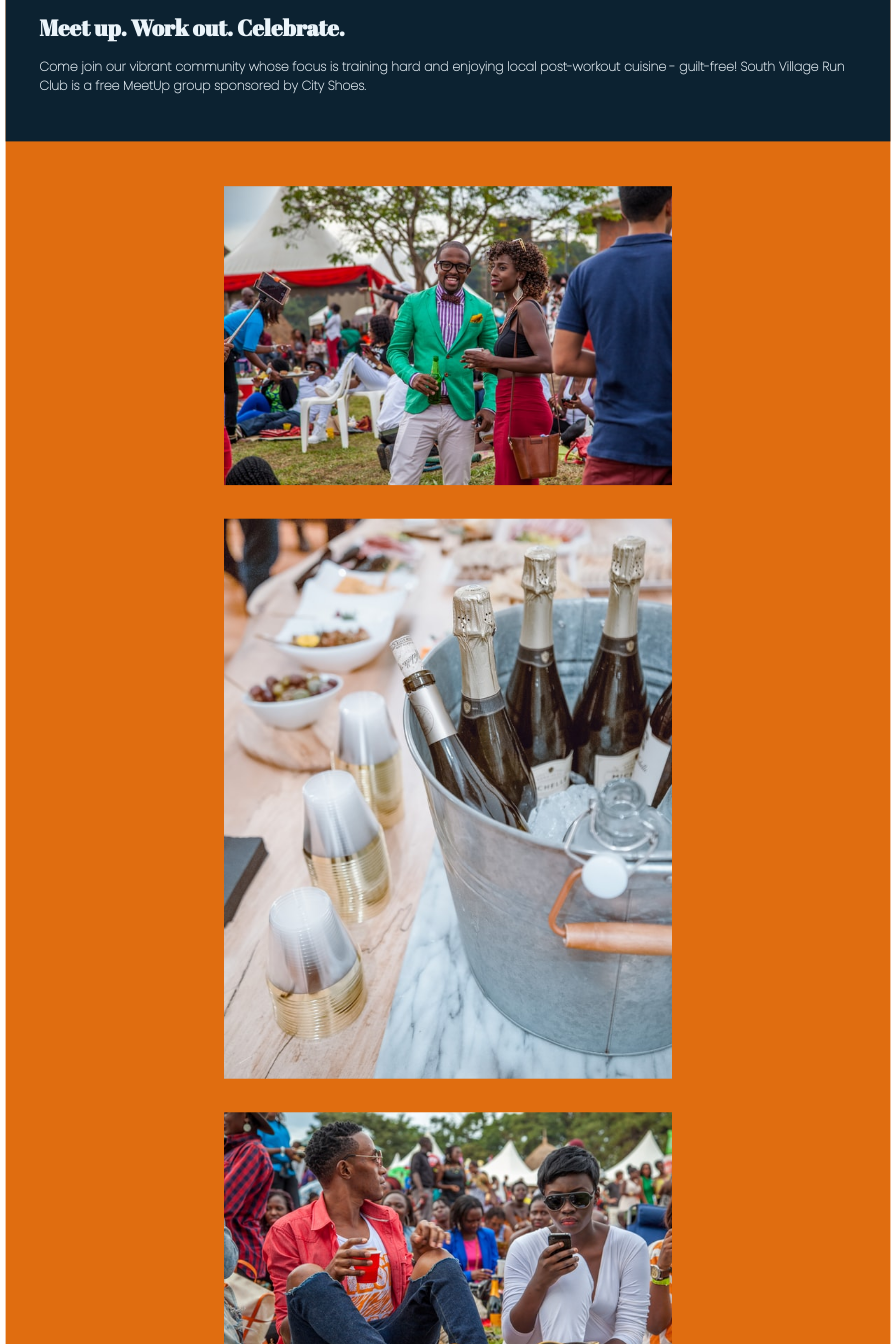
Repository: lastbronx41/lastbronx41.github.io
Page: starting/index.html
An editor plug-in stored every save of this project. The page is shown before and after the next save, followed by the edit.
The browser window is 1280 px wide. The pictures show the part of the page from y = 1060 to 2980 px (the page is 3100 px tall before and 3068 px after), at 70% of full size.
Some web fonts or font styles are not loaded; a fallback is used.

Above is the page before, as saved 2022-07-19 05:01:03.

### starting/index.html
<!DOCTYPE html>

<html>
	<head>
		<meta charset="utf-8" />
		<title>Our Club</title>
		<link rel="stylesheet" href="./styles.css" type="text/css" />
		<link rel="preconnect" href="https://fonts.googleapis.com" />
		<link rel="preconnect" href="https://fonts.gstatic.com" crossorigin />
		<link
			href="https://fonts.googleapis.com/css2?family=Abril+Fatface&family=Slabo+13px&family=Space+Mono&display=swap"
			rel="stylesheet"
		/>
		<link rel="preconnect" href="https://fonts.googleapis.com" />
		<link rel="preconnect" href="https://fonts.gstatic.com" crossorigin />
		<link
			href="https://fonts.googleapis.com/css2?family=Abril+Fatface&family=Poppins:wght@100&family=Slabo+13px&family=Space+Mono&display=swap"
			rel="stylesheet"
		/>
	</head>

	<body>
		<div class="header">
			<div id="title">West End Club</div>
			<div>
				<ul class="links">
					<a href>
						<li class="nav">Events</li>
					</a>
					<a href>
						<li class="nav">Partners</li>
					</a>
					<a href>
						<li class="nav">About Us</li>
					</a>
				</ul>
			</div>
		</div>

		<div id="cover-photo">
			<img src="./resources/cover-photo.jpg" />
			<div class="main-text">
				<h1>Meet up. Work out. Celebrate.</h1>
				<p>
					Come join our vibrant community whose focus is training hard and
					enjoying local post-workout cuisine - guilt-free! South Village Run
					Club is a free MeetUp group sponsored by City Shoes.
				</p>
			</div>
			<div class="other-pics">
				<img src="./resources/1.jpg" />
				<img src="./resources/2.jpg" />
				<img src="./resources/3.jpg" />
			</div>
		</div>
	</body>
</html>

### starting/styles.css
.header {
   display: flex;
   justify-content: space-around;
   background-color: #E06D10;
   align-items: center;
   padding: 1rem
}

#title {
   font-size: 55px;
   font-family: 'Abril Fatface', cursive;
}

.links, .links a {
   display: inline-flex;
   flex-wrap: wrap;
   justify-content: flex-end;
   list-style-type: none;
   gap: 1rem;
   text-decoration-line: none;
}

.nav {
   font-size: 22px;
   font-family: 'Poppins', sans-serif;
   font-weight: bolder;
   border-radius: 34%;
   padding: 0.4rem 0.8rem;
   color: #EBF4FA;
}

.nav:hover {
   color: #E06D10;
   background-color: black;
}

#cover-photo {
   display: flex;
   flex-direction: column;
   background-color: #E06D10;
}

#cover-photo img {
   max-width: 100%;
}
.main-text {
   background-color: #0C2231;
   color: #EBF4FA;
   margin: 3rem auto;
   padding: 3rem 3rem 3rem 3rem;
}

.main-text h1 {
   font-family: 'Abril Fatface', cursive;
}

.main-text p {
   font-family: 'Poppins', sans-serif;
   font-size: 18px;
   font-weight: bolder;
}

.other-pics {
   display: flex;
   justify-content: center;
   flex-wrap: wrap;
   flex-direction: column;
   min-height: 100%;
   margin: 1rem auto;
   gap: 3rem;
}

After the next save:
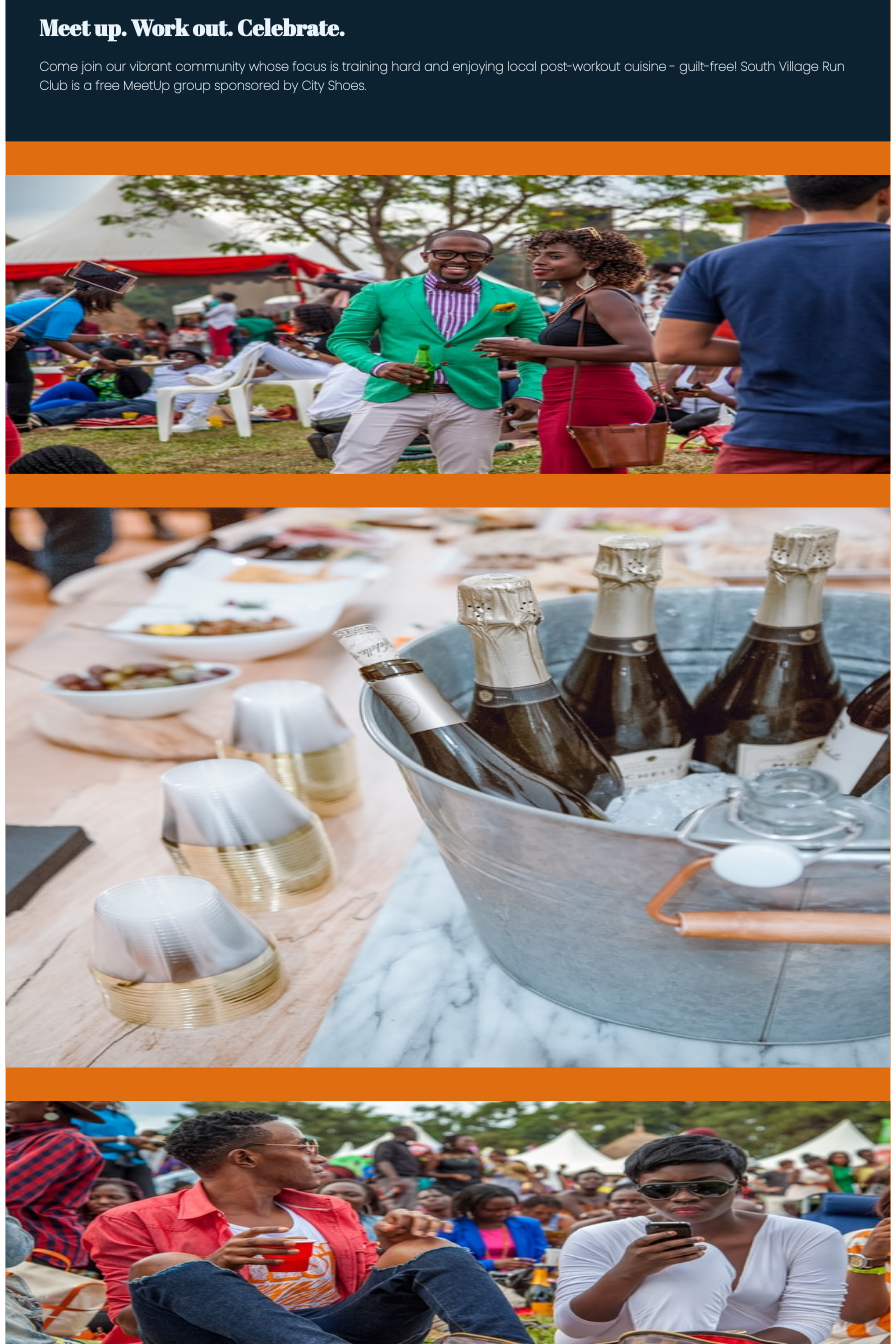
Saved 6 s later.
--- a/starting/styles.css
+++ b/starting/styles.css
@@ -66,6 +66,5 @@
    flex-wrap: wrap;
    flex-direction: column;
    min-height: 100%;
-   margin: 1rem auto;
    gap: 3rem;
 }

After the save that followed:
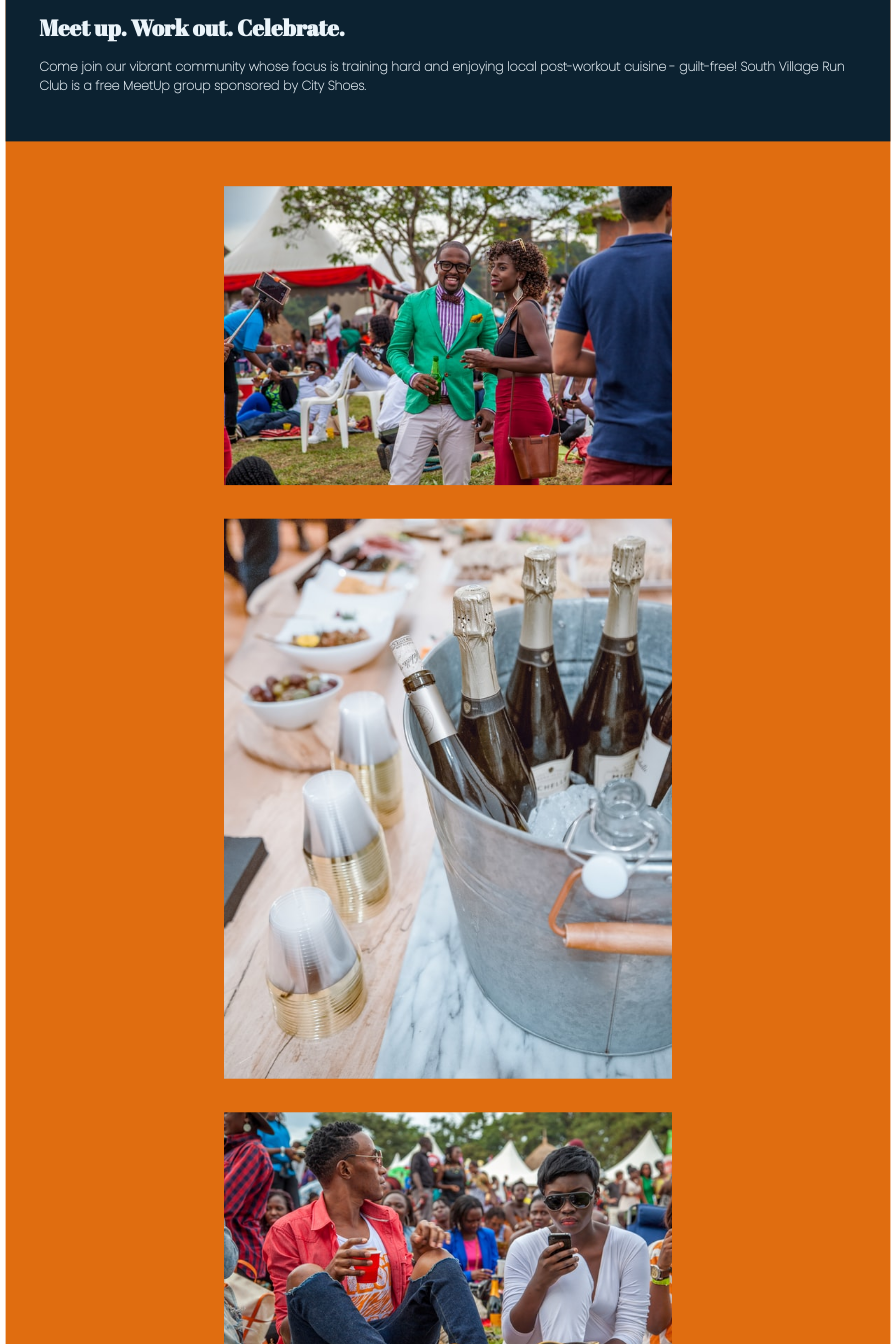
Saved 8 s later.
--- a/starting/styles.css
+++ b/starting/styles.css
@@ -66,5 +66,6 @@
    flex-wrap: wrap;
    flex-direction: column;
    min-height: 100%;
+   margin: 1rem auto;
    gap: 3rem;
 }
